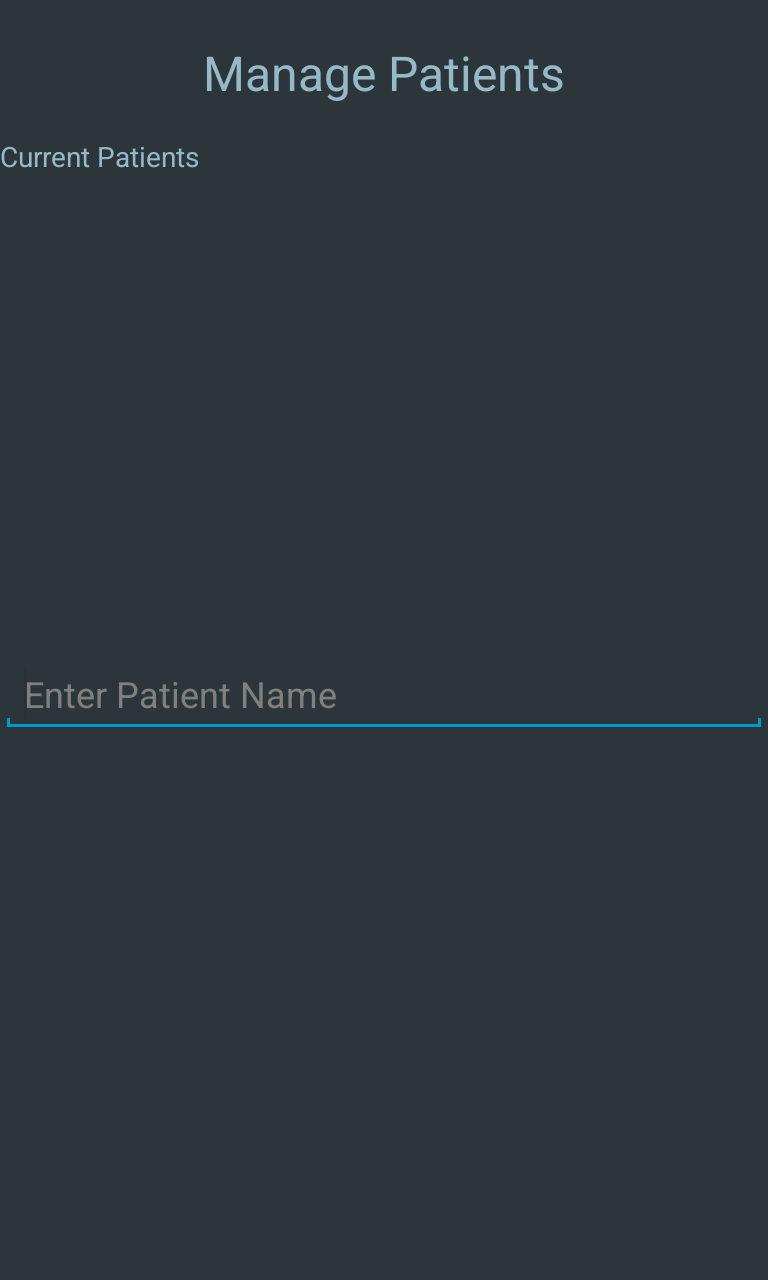
Repository: davidwiggy/MyWeek
Layout: MyWeek/res/layout/manage_clients.xml
The author's editor kept a copy of each file at every save. The layout is drawn from the files as they stood at one save, then again after the next save.
It is drawn on a 768 x 1280 px phone screen (xhdpi) without system bars, with theme AppTheme; the app's code is not run. Lists and similar views that code fills are empty.

Above is the layout before, as saved 2013-10-29 01:44:56.

After the next save:
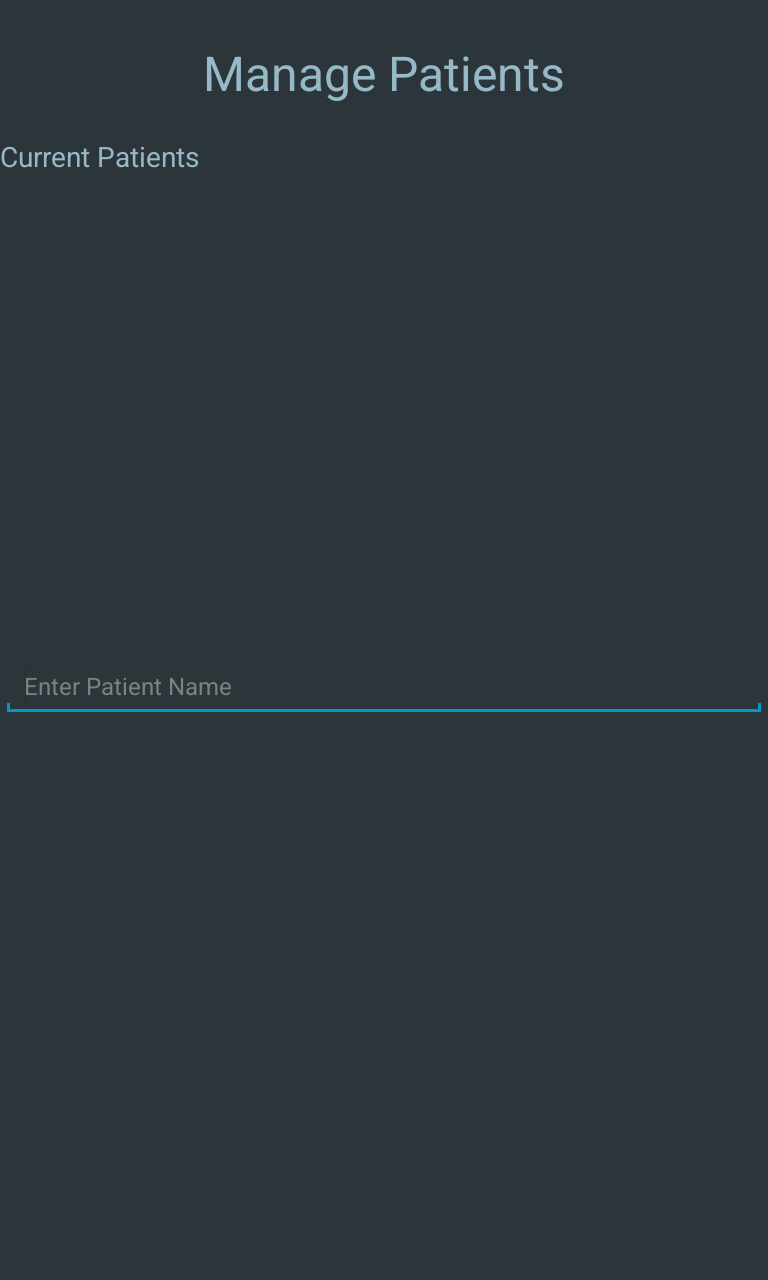
Saved 19 s later.
--- a/MyWeek/res/layout/manage_clients.xml
+++ b/MyWeek/res/layout/manage_clients.xml
@@ -45,6 +45,7 @@
            android:layout_below="@+id/listViewHolderManageClients"
            android:layout_marginTop="20dip"
            android:hint="Enter Patient Name"
+           android:textSize="12sp"
            android:inputType="textPersonName" >
 
            <requestFocus />
